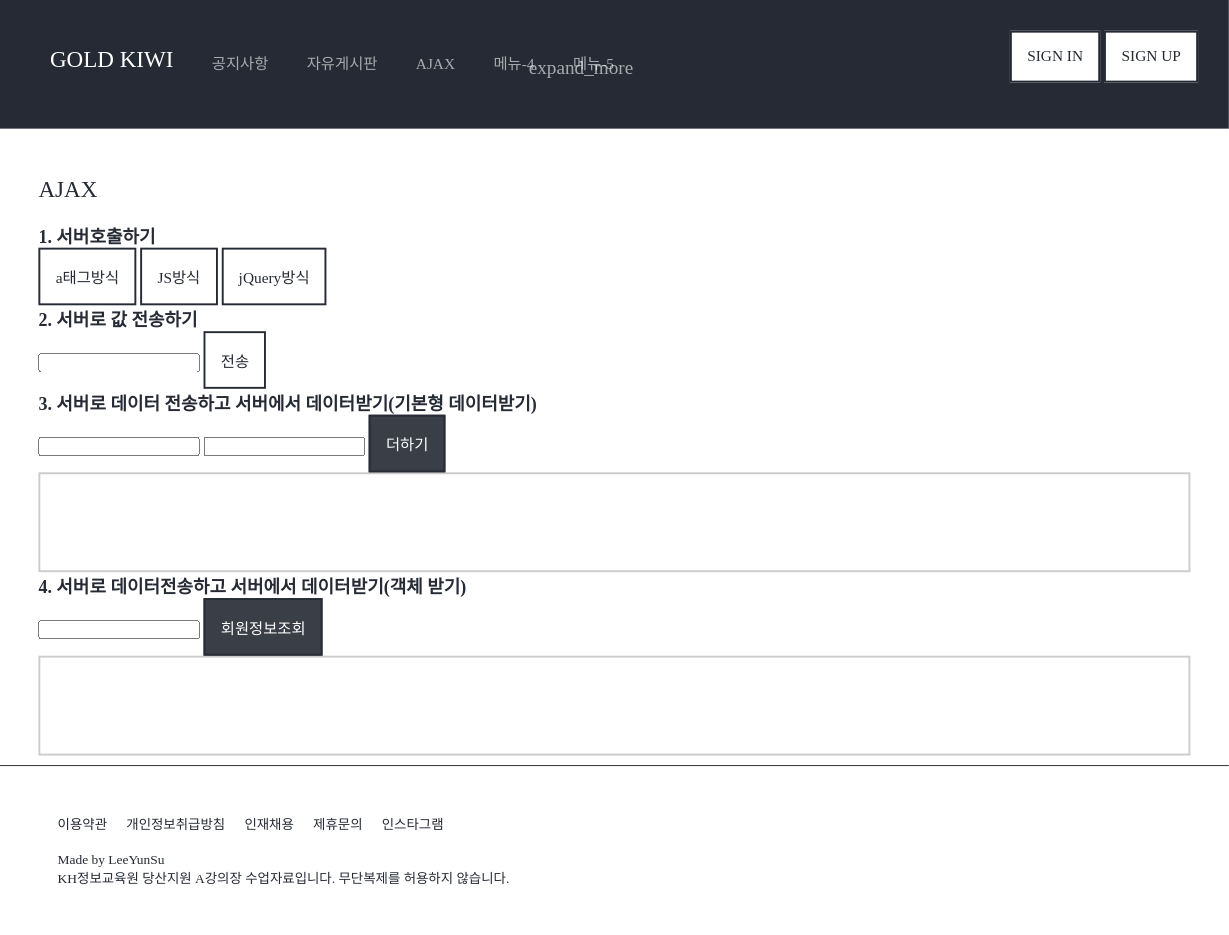
Repository: RiboKim/web-workspace
Page: http://localhost/07_mvc2WebProject/ajax.do
An editor plug-in stored every save of this project. The page is shown before and after the next save, followed by the edit.
The browser window is 1280 px wide. The pictures show the whole page, at 96% of full size.
Some web fonts or font styles are not loaded; a fallback is used. The page is served by Tomcat 9.

Above is the page before, as saved 2023-02-21 03:11:23.

After the next save:
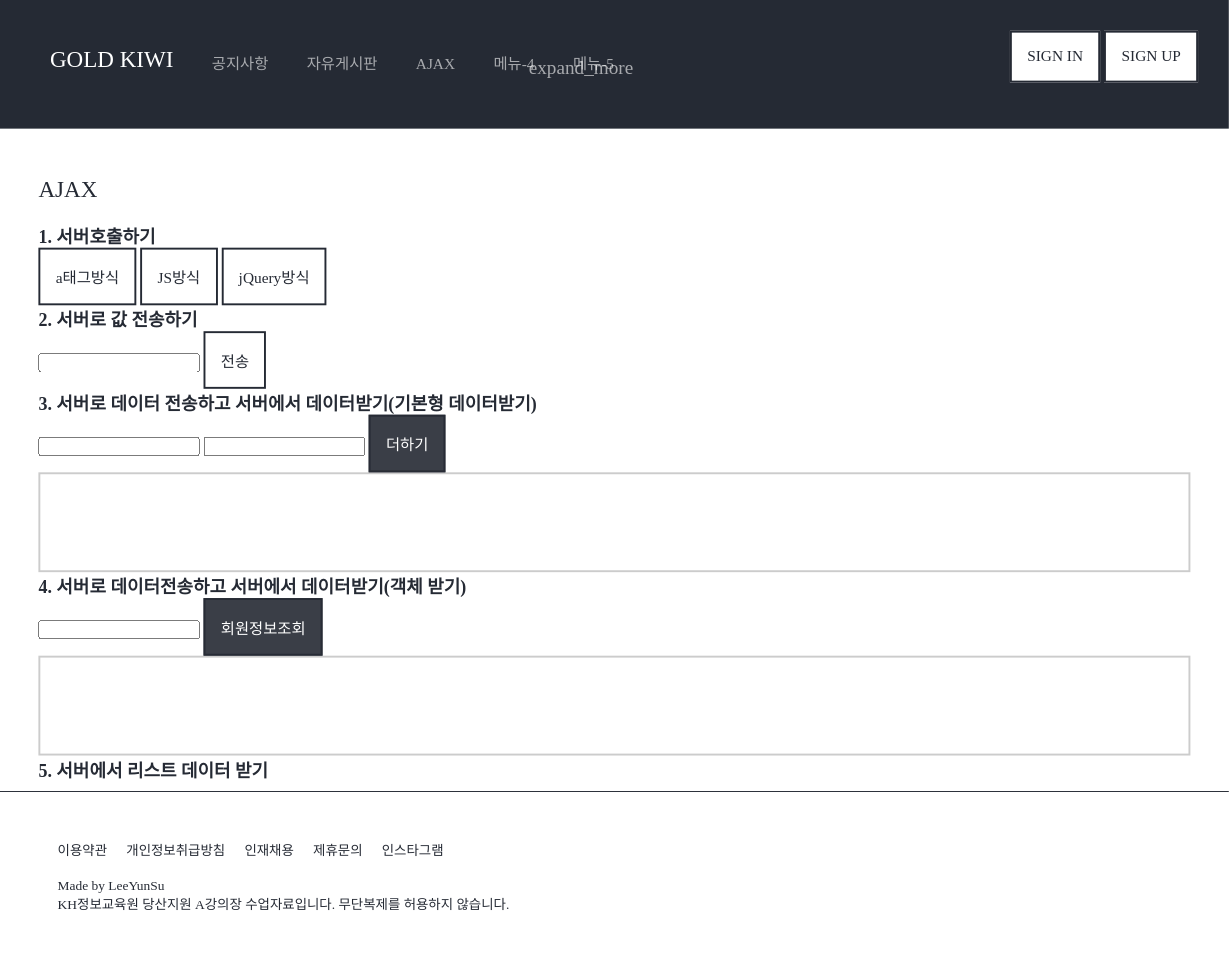
Saved 81 min 13 s later.
--- a/07_mvc2WebProject/src/main/webapp/WEB-INF/views/etc/ajax.jsp
+++ b/07_mvc2WebProject/src/main/webapp/WEB-INF/views/etc/ajax.jsp
@@ -35,6 +35,8 @@
 		<input type="text" id="input4">
 		<button class="btn bc1" id="jQ4">회원정보조회</button>
 		<p class="ajaxResult" id="result4"></p>
+
+		<h3>5. 서버에서 리스트 데이터 받기</h3>
 	</div>
 	<script>
 		$("#js").on("click",function(){
